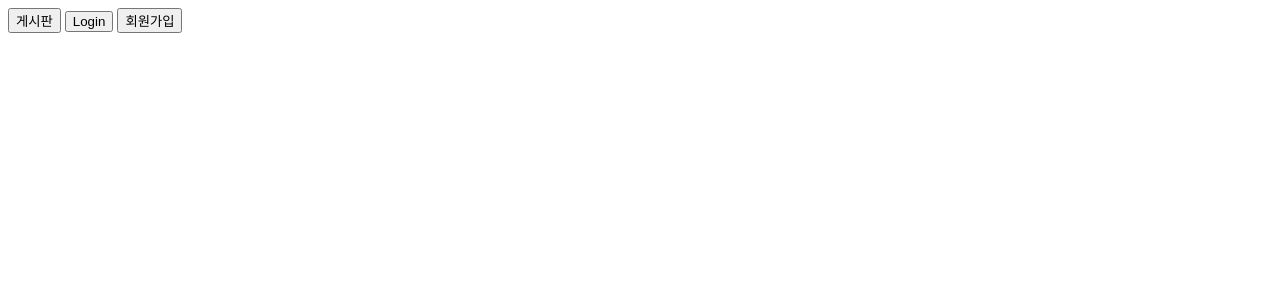
Repository: acrnm148/SSAFY_spring_springboot
Page: BoardFileUploadSpringBootMybatis/src/main/resources/static/index.html
These files come from the project's save history. The page is drawn as it stood at one moment and after the next save; the edit follows.
The browser window is 1280 px wide. The pictures show the whole page.

Above is the page before, as saved 2022-11-01 05:36:32.

After the next save:
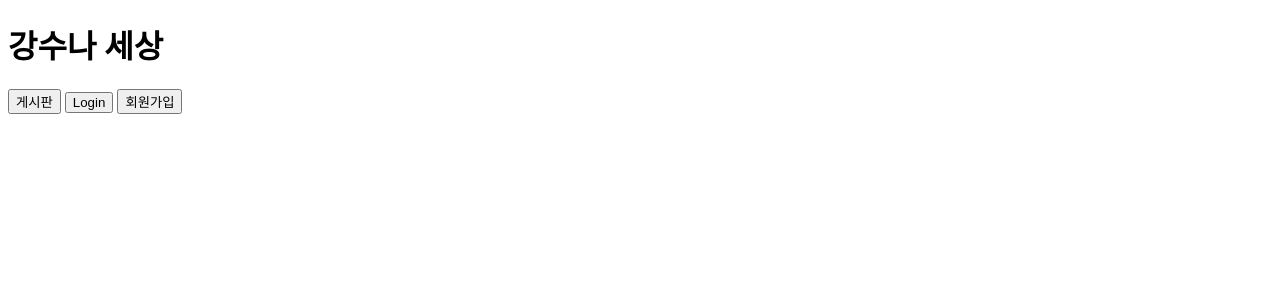
Saved 19 s later.
--- a/BoardFileUploadSpringBootMybatis/src/main/resources/static/index.html
+++ b/BoardFileUploadSpringBootMybatis/src/main/resources/static/index.html
@@ -5,6 +5,9 @@
 <title>Insert title here</title>
 </head>
 <body>
+	<div>
+		<h1>강수나 세상</h1>
+	</div>
 	<div>
 		<button id="btnBoard" class="btn btn-info">게시판</button>
 		<button id="btnLogin" class="btn btn-primaray">Login</button>
